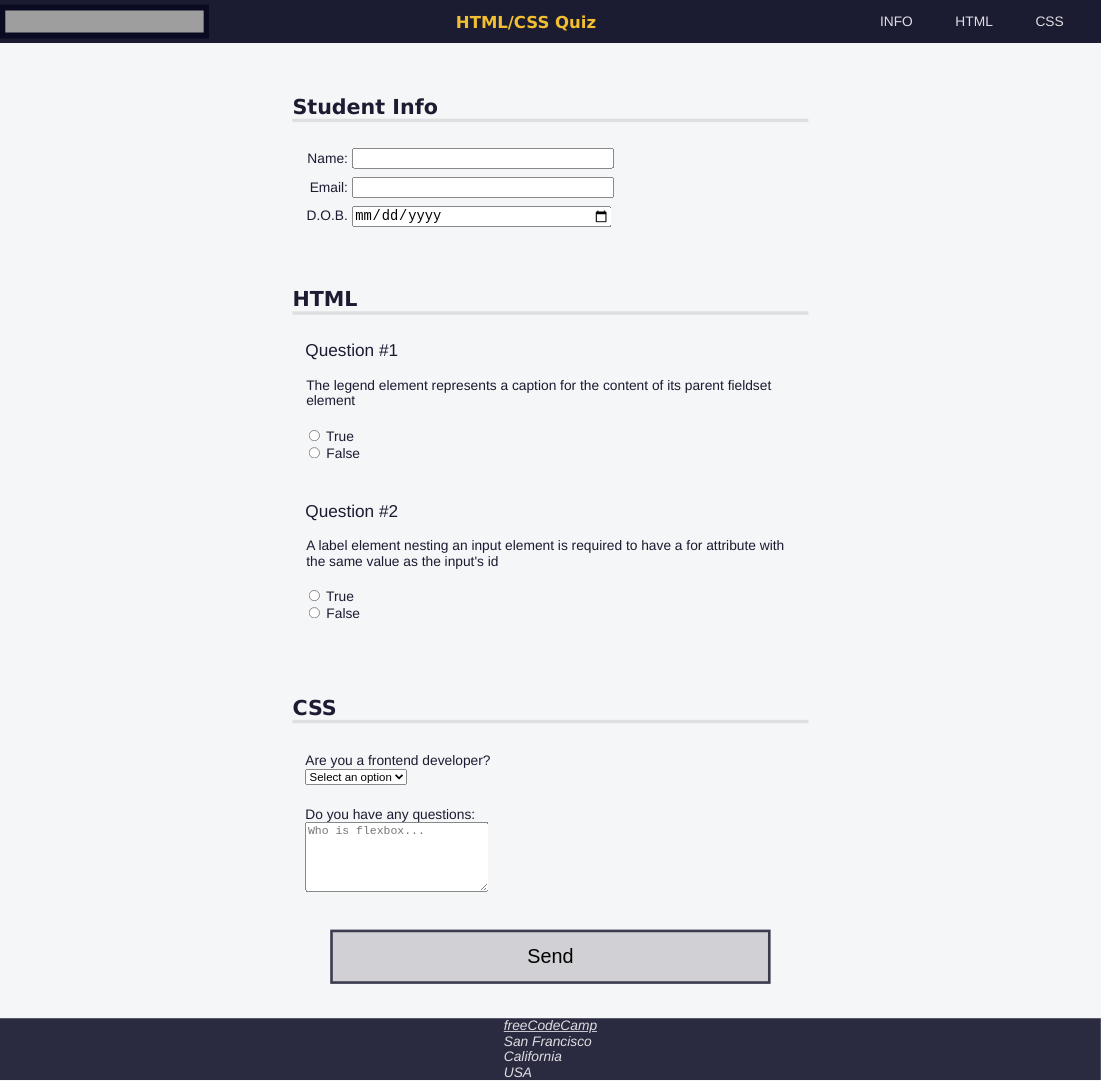
Repository: cipdanila/freeCodeCamp
Page: Quiz/index.html
An editor plug-in stored every save of this project. The page is shown before and after the next save, followed by the edit.
The browser window is 1280 px wide. The pictures show the whole page, at 86% of full size.
Pictures or frames that could not be fetched are drawn as grey boxes.

Above is the page before, as saved 2023-10-18 19:58:40.

After the next save:
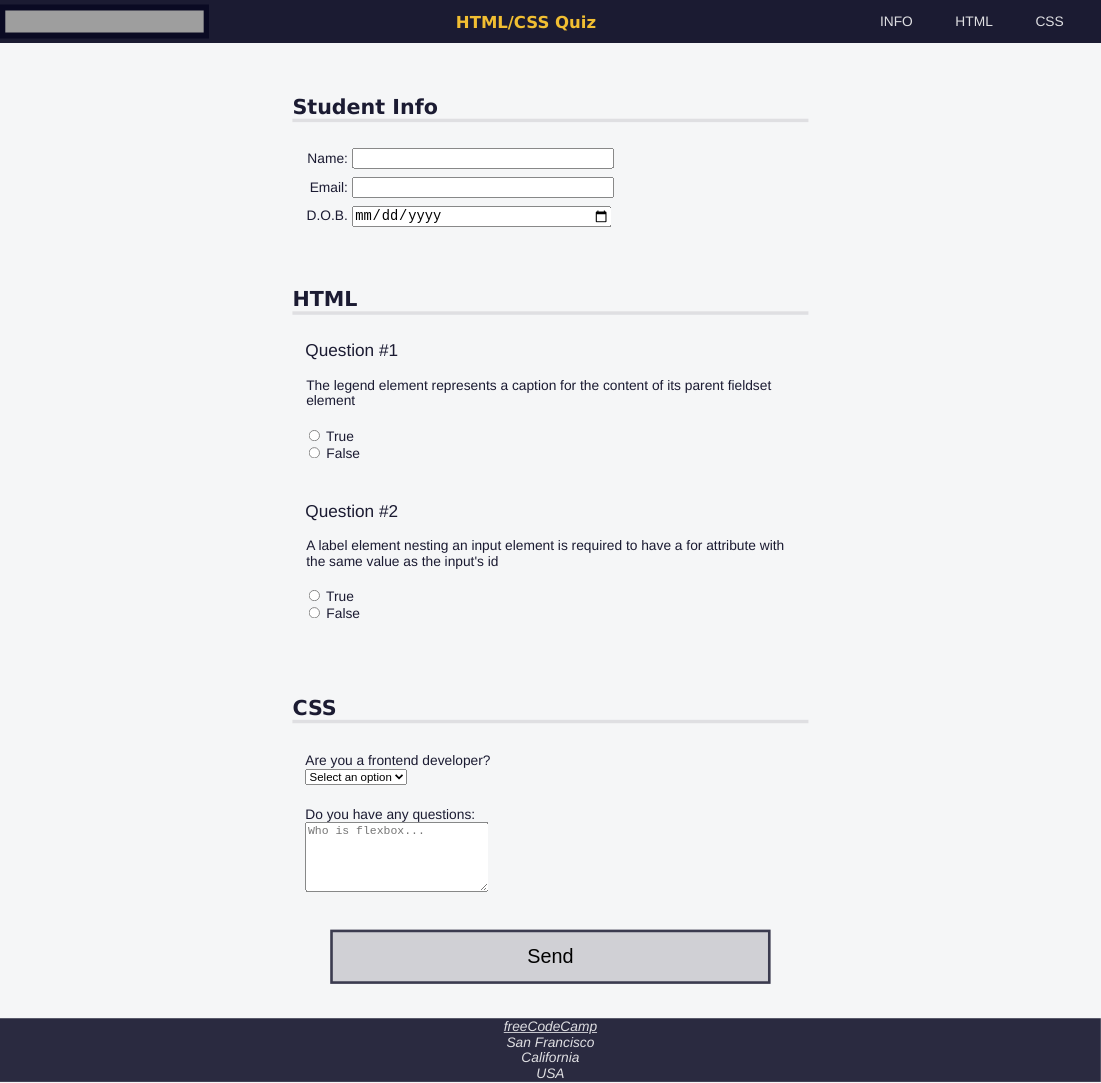
Saved 64 s later.
--- a/Quiz/styles.css
+++ b/Quiz/styles.css
@@ -161,6 +161,11 @@
     color: #dfdfe2;
 }
 
+address {
+    text-align: center;
+    padding: 1px;
+}
+
 .sr-only {
     position: absolute;
     width: 1px;
